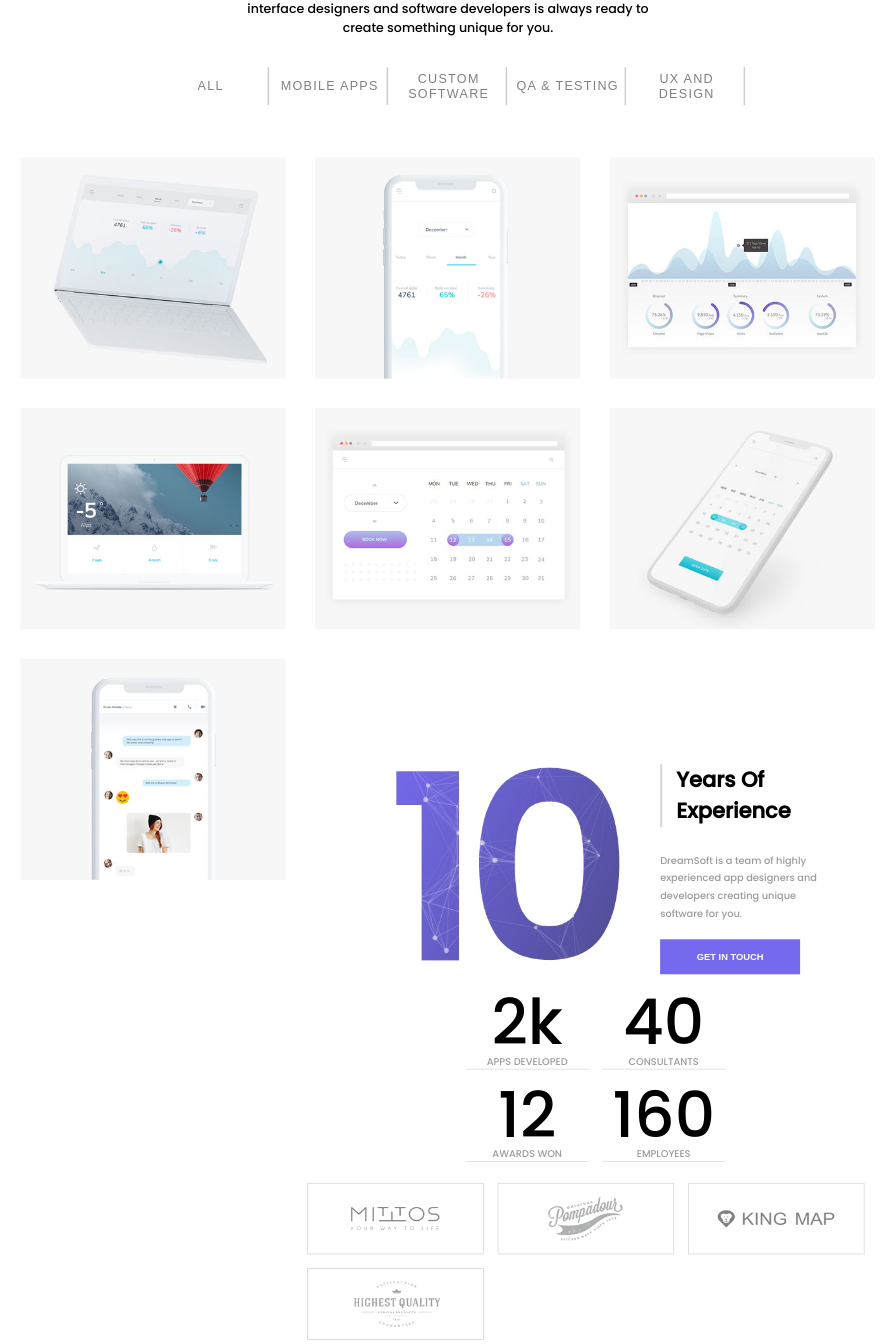
Repository: kkyler24/ladders-bootcamp-awesome
Page: index.html
The author's editor kept a copy of each file at every save. The page is drawn from the files as they stood at one save, then again after the next save.
The browser window is 1280 px wide. The pictures show the part of the page from y = 1607 to 3527 px (the page is 7455 px tall before and 7757 px after), at 70% of full size.

Above is the page before, as saved 2021-03-20 12:31:12.

### index.html
<!DOCTYPE html>
<html lang="en">
  <head>
    <meta charset="UTF-8" />
    <meta name="viewport" content="width=device-width, initial-scale=1.0" />
    <link rel="stylesheet" href="style.css" />
    <link rel="stylesheet" href="kstyle.css" />
    <link rel="preconnect" href="https://fonts.gstatic.com">
    <link href="https://fonts.googleapis.com/css2?family=Poppins:wght@500&display=swap" rel="stylesheet">
    <title>Demo</title>
  </head>
  <body>
    <header></header>
    <nav class="container-nav">
      <a class="logopic">
        <img src="./img/jumbotron/logo-default-191x52.png" alt="MCLA LOGO"   height="63.99" width="220">
      </a>
      <div class="nav-link">
      <ul>
        <li class=" list-inline">
          <a href="./index.html">Home</a>
        </li>
        <li class="nav-item active list-inline">
          <a href="./index.html">About Us</a>
        </li>
        <li class="nav-item active list-inline">
          <a href="./index.html">Gallery</a>
        </li>
        <li class="nav-item active list-inline">
          <a href="./index.html">Pricing</a>
        </li>
        <li class="nav-item active list-inline">
          <a href="./index.html">Blog</a>
        </li>
      </ul>
    </div>
      <!-- <button></button> -->

    </nav>
    <!-- jumbotron 3 slides -->
    <div id="jumbotron" class="carousel">
      <!-- <ul class ="carousel-indicators">
          <li data-target="#carouselExampleCaptions" data-slide-to="0" class="active"></li>
          <li data-target="#carouselExampleCaptions" data-slide-to="1"></li>
          <li data-target="#carouselExampleCaptions" data-slide-to="2"></li>
          <li data-target="#carouselExampleCaptions" data-slide-to="3"></li>
      </ul> -->
      <div class="container-jumbo">
          <div class="carousel-item">
              <img id="jumboimgOne"src="./img/jumbotron/jess-bailey-q10VITrVYUM-unsplash.jpg"  alt="..." />
              <div class="jumboheadline">
                <h2 class="jumbotext">Mobile App Development</h2><br>
                  <div id="indext">
                    <p class="jumboPara"> Since our establishment, we have delivering high-quality and sutainable <br> software solutions for corporate purpose of worldwide business.</p>
                  </div>

              </div>
          </div>
          <!-- <div class="carousel-item">
              <img src="Assets/diversity2gether.jpg" class="d-block w-100" alt="..." />
              <div class="carousel-caption d-none d-md-block">
                  <h5>We Celebrate diversity</h5>
              </div>
          </div>
          <div class="carousel-item">
              <img src="Assets/womensrights.jpg" class="d-block w-100" alt="..." />
              <div class="carousel-caption d-none d-md-block">
                  <h5> We charise our choices</h5>
              </div>
          </div>
          <div class="carousel-item">
              <img src="Assets/climate.jpg" class="d-block w-100" alt="..." />
              <div class="carousel-caption d-none d-md-block">
                  <h5> We protect whats ours</h5>
              </div> -->
          </div>
      </div>
  </div>
  <!-- <a class="carousel-control-prev" href="#carouselExampleCaptions" role="button" data-slide="prev">
      <span class="carousel-control-prev-icon" aria-hidden="true"></span>
      <span class="sr-only">Previous</span>
  </a>
  <a class="carousel-control-next" href="#carouselExampleCaptions" role="button" data-slide="next">
      <span class="carousel-control-next-icon" aria-hidden="true"></span>
      <span class="sr-only">Next</span>
  </a> -->
</div>

    </section>

    <section class="all-service-section">
      <!-- see all services -->
          <div class="all-services-img">
            <img src="https://ld-wt73.template-help.com/wt_prod-18959/images/index-1-415x592.jpg" alt="" width="415" height="592">
          </div>

          <div class="all-services-container">

              <div class="corporate-solutions-block">
                <h3 class="all-services-h3">See All Services</h3>
                <button class="all-services-button">All Services</button>
              </div>
              <div class="corporate-solutions-block">
                <img src="./img/icon-phone.PNG" alt="">
                <h4 class="services-title-h4">CORPORATE SOLUTIONS</h4>
                <p class="corporate-solutions-text">Need specific software for your company? We are ready to develop it!</p>
              </div>
              <div class="corporate-solutions-block">
                <img src="./img/icon-headset.PNG" alt="">
                <h4 class="services-title-h4">CALL CENTER SOLUTIONS</h4>
                <p class="corporate-solutions-text">Our experts provide custom products of any complexity for call centers.</p>
              </div>
              <div class="corporate-solutions-block">
                <img src="./img/icon-cloud-box.PNG" alt="">
                <h4 class="services-title-h4">CLOUD DEVELOPMENT</h4>
                <p class="corporate-solutions-text">We can also offer you reliable cloud development solutions.</p>
              </div>

          </div>
    </section>

    <section id="sectThree" class="container-fluid">
      <!-- latest Projects -->
      <div class="latestPro">
        <h1 id="latestPro"> Latest Projects</h1>
        <p id="latestPara">In our portfolio, you can browse the latest products developed for our clients for different corporate purposes. Our qualified team of interface designers and software developers is always ready to create something unique for you.</p>
        <ul id="latestRow">
         <li class="latestButtons"><button>All</button></li>
         <li class="latestButtons"><button>Mobile Apps</button></li>
         <li class="latestButtons"><button>custom Software</button></li>
         <li class="latestButtons"><button>QA & Testing</button></li>
         <li class="latestButtons"><button id="uxli">UX and Design</button></li>
        </ul>
      </div>
    </section>
    <div class="latestGallery img-fluid">
      <img src="./img/latestsection/1fullwidth-gallery-1-420x350.jpg" alt="">
      <img src="./img/latestsection/2fullwidth-gallery-2-420x350.jpg" alt="">
      <img src="./img/latestsection/3fullwidth-gallery-3-420x350.jpg" alt="">
      <img src="./img/latestsection/4fullwidth-gallery-4-420x350.jpg" alt="">
      <img src="./img/latestsection/5fullwidth-gallery-5-420x350.jpg" alt="">
      <img src="./img/latestsection/6fullwidth-gallery-6-420x350.jpg" alt="">
      <img src="./img/latestsection/7fullwidth-gallery-7-420x350.jpg" alt="">
    </div>

    <section class="achievements-section">
      <!-- achievements -->
      <figure>
      <img src="./img/10.jpg" alt="Animated number ten" height="300" />
      </figure>
      <div class="years-of-experience-container">
        <h1>Years Of Experience</h1>
        <p>
          DreamSoft is a team of highly experienced app designers and developers
          creating unique software for you.
        </p>
        <button class="get-in-touch-button">Get in touch</button>
      </div>
      <div class="achievements-numbers-container">
        <div class="achievements-numbers-block">
          <h2>2k</h2>
          <p>APPS DEVELOPED</p>
        </div>
        <div class="achievements-numbers-block">
          <h2>40</h2>
          <p>CONSULTANTS</p>
        </div>
        <div class="achievements-numbers-block">
          <h2>12</h2>
          <p>AWARDS WON</p>
        </div>
        <div class="achievements-numbers-block">
          <h2>160</h2>
          <p>EMPLOYEES</p>
        </div>
      </div>
      <div class="logo-links-container">
        <figure>
          <img src="./img/clients-9-270x117.png" alt="Mittos Logo" >
        </figure>
        <figure>
          <img src="./img/clients-10-270x117.png" alt="Pompadour Logo" >
        </figure>
        <figure>
          <img src="./img/clients-3-270x117.png" alt="King Map Logo" >
        </figure>
        <figure>
          <img src="./img/clients-11-270x117.png" alt="Highest Quality Logo" >
        </figure>
      </div>
    </section>

    <section class="meet-the-team-section">
      <!-- meet the team -->
      <h2 class="meet-the-team-h2">Meet The Team</h2>

      <div class="meet-the-team-main-container">

          <div class="meet-team-block">
            <img src="./img/ryan-wilson.jpg" alt="">

            <div class="meet-team-text-block">
              <h4 class="meet-the-team-h4">Ryan Wilson</h4>
              <p class="meet-the-team-p">Director of Production</p>
            </div>
          </div>
          <div class="meet-team-block">
            <img src="./img/jill-peterson.jpg" alt="">

            <div class='meet-team-text-block'>
              <h4 class="meet-the-team-h4">Jill Peterson</h4>
              <p class="meet-the-team-p">UI Designer</p>
            </div>
          </div>
          <div class="meet-team-block">
            <img src="./img/sam-robinson.jpg" alt="">

            <div class='meet-team-text-block'>
              <h4 class="meet-the-team-h4">Sam Robinson</h4>
              <p class="meet-the-team-p">Senior Developer</p>
            </div>
          </div>
          <div class="meet-team-block">
            <img src="./img/mary-lee.jpg" alt="">

            <div class='meet-team-text-block'>
              <h4 class="meet-the-team-h4">Mary Lee</h4>
              <p class="meet-the-team-p">Software Developer</p>
            </div>
          </div>

      </div>
    </section>

    <section class="get-more-with-us-section">
      <!-- Get more with us -->
      <section class="get-more-with-us">
        <h1>Get More With Us</h1>
        <div class="numbers">
          <p>01</p>
          <p>02</p>
          <p>03</p>
          <p>04</p>
        </div>
        <h2>GREAT USABILITY</h2>
        <p class="get-more-about-project">
          All our apps are designed to have great usability in
          order to easily operate our applications.
          That is why our software has high ratings and lots of awards.
        </p>
        <button class="get-in-touch-button">Get in touch</button>
        <button class="download-presentation-button">Download presentation</button>
      </section>
      <img src="img/index-4-261x484.png" alt="Screen with Any App You Wish">
      <img src="img/index-5-261x484.png" alt="Screen with Socia Apps">
    </section>

    <section class="what-people-say-section">
      <!-- What People Say -->
      <h2 class="what-people-say-h2">What People Say</h2>

      <div class="what-people-say-main-container">

        <div class="client-container">
          <img src="./img/catherine-wilson.jpg" alt="">
          <div class="client-title">
            <h4 class="client-name-h4">Catherine Williams</h4>
            <p>Regular client</p>
          </div>
          <div class="client-body">
            <p class="client-body-p">DreamSoft offers a high caliber of resources skilled
            in Microsoft Azure .NET, mobile and Quality Assurance. They
            became our true business partners over the past three years.</p>
          </div>
        </div>
        <div class="client-container">
          <img src="./img/rupert-woods.jpg" alt="">
          <div class="client-title">
            <h4 class="client-name-h4">Rupert Wood</h4>
            <p>Regular client</p>
          </div>
          <div class="client-body">
            <p class="client-body-p">DreamSoft powered us with a competent team to develop
            products for banking services. The team has been delivering
            results within budget and time, which is amazing.</p>
          </div>
        </div>
        <div class="client-container">
          <img src="./img/samantha-brown.jpg" alt="">
          <div class="client-title">
            <h4 class="client-name-h4">Samantha Brown</h4>
            <p>Regular client</p>
          </div>
          <div class="client-body">
            <p class="client-body-p">DreamSoft is a highly skilled and uniquely capable
            firm with multitudes of talent on-board. We have
            results within budget and time, which is amazing.
            collaborated on a number of diverse projects that
            have been a great success.</p>
          </div>
        </div>

      </div>

    </section>

    <section class="latest-blog-posts-section">
      <h2 class="what-people-say-h2">Latest Blog Posts</h2>
      <div class="posts-container">
        <div class="post-block">
          <figure>
          <img class="post-cover" src="img/post-10-370x307.jpg">
          <img class="post-date-label" src="img/label.svg">
          <p class="post-label-date">07/04</p>
          </figure>
          <h4 class="block-post-h4">Benefits Of Async/Await</h4>
            <p class="blog-post-p">
            Asynchronous functions are a good and bad thing in JavaScript.
            The good side is that asynchronous functions are non-blocking and…
            </p>
        </div>
        <div class="post-block">
          <figure>
          <img class="post-cover" src="img/post-11-370x307.jpg">
          <img class="post-date-label" src="img/label.svg">
          <p class="post-label-date">07/17</p>
          </figure>
          <h4 class="block-post-h4">Key Considerations Of IPaaS</h4>
            <p class="blog-post-p">
              Digital transformation requires cloud appropriate adoption,
              legacy IT systems modernization, and Agile-based methodologies for faster…
            </p>
        </div>
        <div class="post-block">
          <figure>
          <img class="post-cover" src="img/post-12-370x307.jpg">
          <img class="post-date-label" src="img/label.svg">
          <p class="post-label-date">07/22</p>
          </figure>
          <h4 class="block-post-h4">Hibernate Query Language</h4>
            <p class="blog-post-p">
              In this tutorial, we will discuss the
              Hibernate Query Language. HQL is an object-oriented query language.
              Hibernate Query...
            </p>
        </div>
      </div>
    </section>

    <footer>
      <!-- contacts and info -->
      <section class="footer-contacts">
        <img src="img/logo-inverse-191x52.png" alt="DreamSoft Logo">
        <p class="about-company">
          Our company has been developing high-quality and reliable software
          for corporate needs since 2008. We are renowned professionals of
          software development.</p>
        <div class="address-block-container">
          <div class="one-contact-block">
            <h2>ADDRESS</h2>
            <p>4730 Crystal Springs Dr, Los Angeles, CA 90027</p>
          </div>
          <div class="one-contact-block">
            <h2>PHONES</h2>
            <p>
              <span class="changing-color">+1 323-913-4688</span>
              <span>,</span>
              <span class="changing-color">+1 323-888-4554</span>
            </p>
          </div>
          <div class="one-contact-block">
            <h2>E-MAILS</h2>
            <p>
              <span>info@demolink.org</span>
              <span>,</span>
              <span>mail@demolink.org</span>
            </p>
          </div>
          <div class="social-media-links-container">
            <img src="img/iconfinder_Circled_Facebook.svg" alt="Facebook Icon">
            <img src="img/iconfinder_Circled_Instagram.svg" alt="Facebook Icon">
            <img src="img/iconfinder_Circled_Linkedin.svg" alt="Facebook Icon">
            <img src="img/iconfinder_Circled_Twitter.svg" alt="Facebook Icon">
          </div>
        </div>
      </section>
      <form class="contact-form">
        <h1>Questions? Contact Us</h1>
        <input class="input-field-1" type="text" id="name" name="name" placeholder="Name"><br>
        <input class="input-field-1" type="text" id="email" name="email" placeholder="Email"><br>
        <input class="input-field-2" type="text" id="message" name="message" placeholder="Message"><br>
        <button class="send-message-button">Send message</button>
      </form>
      <section class="what-we-offer">
        <h1>What We Offer</h1>
        <div class="what-we-offer-container">
            <figure class="what-we-offer-item">
              <p>DB Management</p>
              <figure class="triangle"></figure>
            </figure>
            <figure class="what-we-offer-item">
              <p>IOS/MacOS</p>
              <figure class="triangle"></figure>
            </figure>
            <figure class="what-we-offer-item">
              <p>Android Apps</p>
              <figure class="triangle"></figure>
            </figure>
            <figure class="what-we-offer-item">
              <p>Windows Apps</p>
              <figure class="triangle"></figure>
            </figure>
            <figure class="what-we-offer-item">
              <p>UX/UI Apps</p>
              <figure class="triangle"></figure>
          </figure>
        </div>
        </section>
      </footer>
  </body>
</html>

### kstyle.css
html, body{
  overflow-x: hidden;


}

/* Navbar git  */
.container-nav {
  display: flex;
}

.list-inline {
  display: inline;
  list-style-type: none;
  padding-right: 10px;
  font-family: Georgia, "Times New Roman", Times, serif;
}

a.logopic {
  flex-flow: row;
  flex-grow: 3;
}

ul.li.a {
  font-family: "Poppins", sans-serif;
  font-weight: 500;
  color: black;
}

/* Jumbotron */
.jumboPara {
  text-align: center;
}

.jumbotron .container-jumbo {
  max-width: 100%;
  background-color: #222;
}

#jumbotron {
  padding: 30px 0px 30px 0px;
  max-width: 100%;
  text-align: center;
  background-color: transparent;
  overflow: hidden;
  font-family: "Raleway", Helvetica, Arial, sans-serif;
}

.container-jumbo {
  display: flex;
  width: 100%;
  margin: 0 auto;
  height: 561px;
}

.jumbotext {
  color: rgb(2, 2, 2);
  font-weight: 600;
  text-transform: uppercase;
  font-size: 60px;
}

.jumboheadline {
  display: flex;
  flex-direction: column;
  height: 506px;
  justify-content: flex-end;
}

#jumboimgOne {
  z-index: 0;
  position: absolute;
  display: flex;
  width: 100%;
  overflow-x: hidden;
}

.carousel-item {
  width: 100%;
}

.carousel-item,
.jumbotext,
#indext {
  position: relative;
  z-index: 2;
}

/* latest Section */

#sectThree{
  display: flex;
  font-family: "Poppins", sans-serif;
  text-align: center;
  width: 100%;
}

#latestPara{
 font-size: 18px;
 margin: auto 25% auto 25%;
 padding-top: 3%;
 max-width: ;
}

#latestPro{
  font-size: 45px;
  font-weight: lighter;
  margin-top: 2%;
  margin-bottom: 2%;
}

#latestRow{
display: flex;
justify-content: center;
margin: 3%;

}

#latestRow button{
  color: gray;
  font-weight: 200px;
  padding: 3%;
  margin: 5px;
  margin-right: 0px;
  height: 55px;
 font-size: 18px;
 letter-spacing: .1em;
 background-color: transparent;
 width: 165px;
 text-transform: uppercase;
 border-radius: 2px;
 border-top: transparent;
 border-left: transparent;
 border-bottom: transparent;
 border-right: 3px solid #cecdcd;
}
ul{
  padding: 0px;
}
#uxli{
  border-right: transparent;
}
li.latestButtons{
  list-style: none;
}

.latestGallery{
display: block;
 height:800px ;
  width: auto;
  margin-top: 10px;
  margin-bottom: 5%;
}

.latestGallery img{
  width: 30%;
  float: left;
  margin: 1.66%;

}

Loaded but not shown: style.css (628 lines, source omitted)

After the next save:
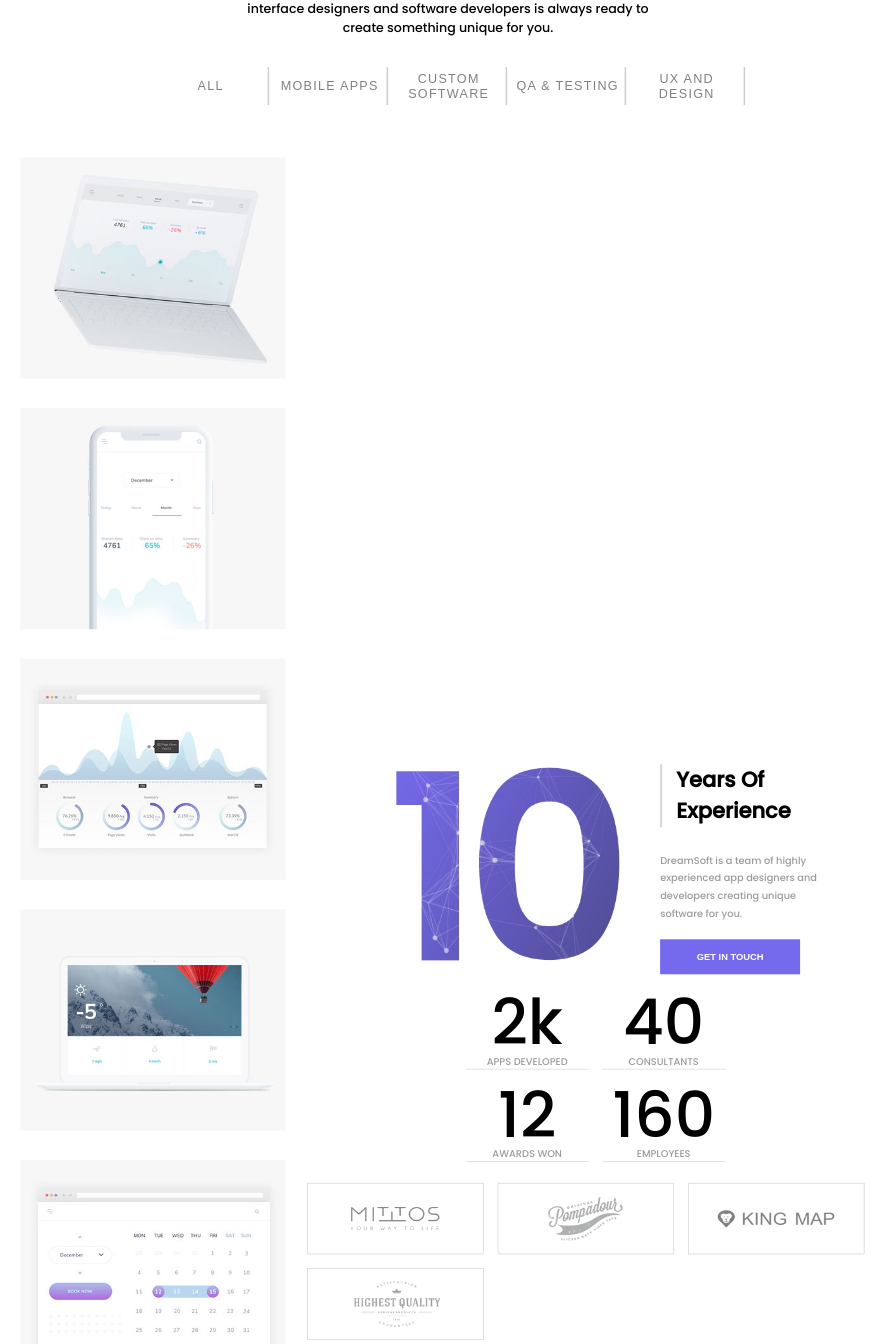
Saved 73 s later.
--- a/kstyle.css
+++ b/kstyle.css
@@ -155,6 +155,7 @@
 .latestGallery img{
   width: 30%;
   float: left;
+  clear: both;
   margin: 1.66%;
 
 }

After the save that followed:
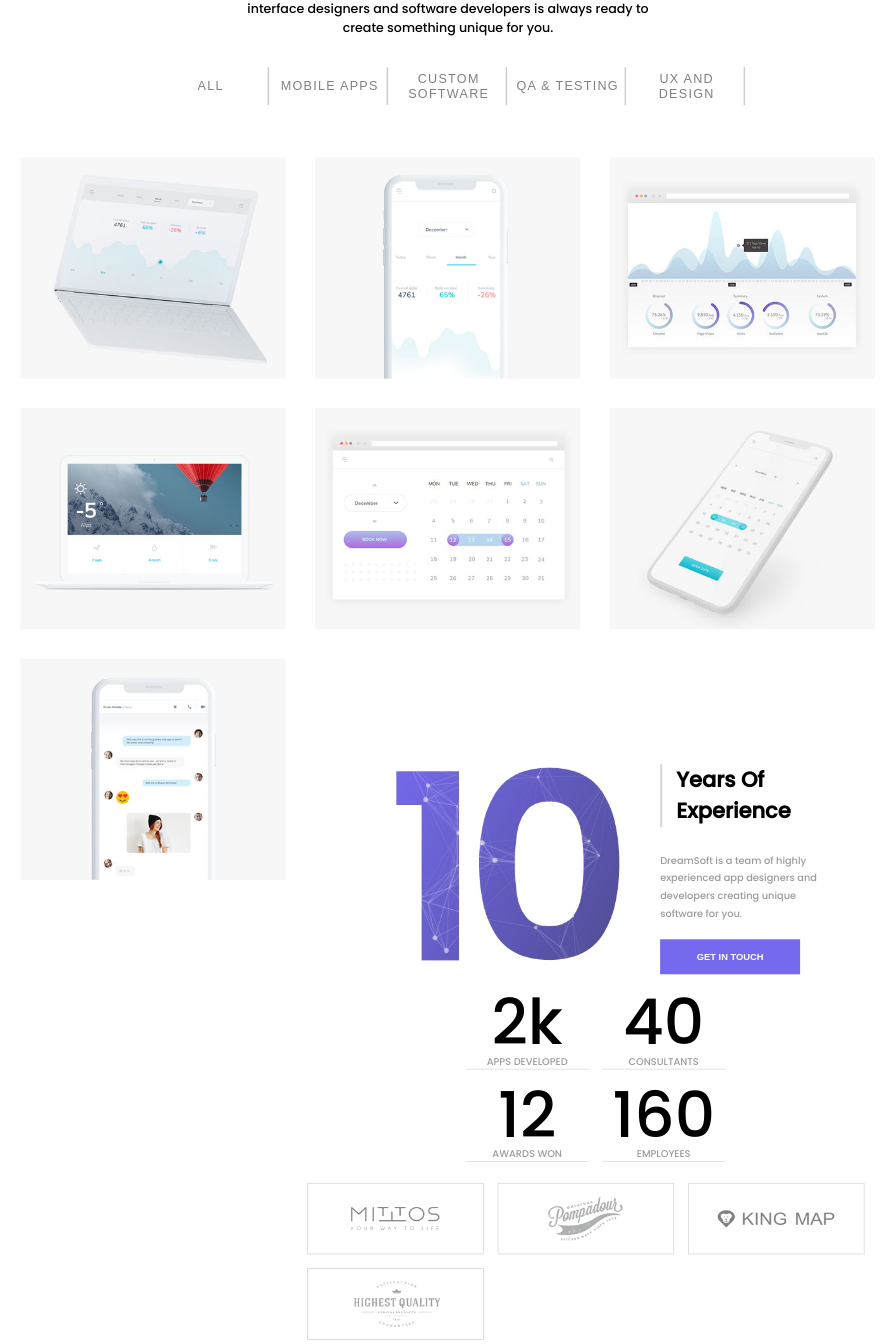
Saved 19 s later.
--- a/kstyle.css
+++ b/kstyle.css
@@ -155,7 +155,6 @@
 .latestGallery img{
   width: 30%;
   float: left;
-  clear: both;
   margin: 1.66%;
 
 }
